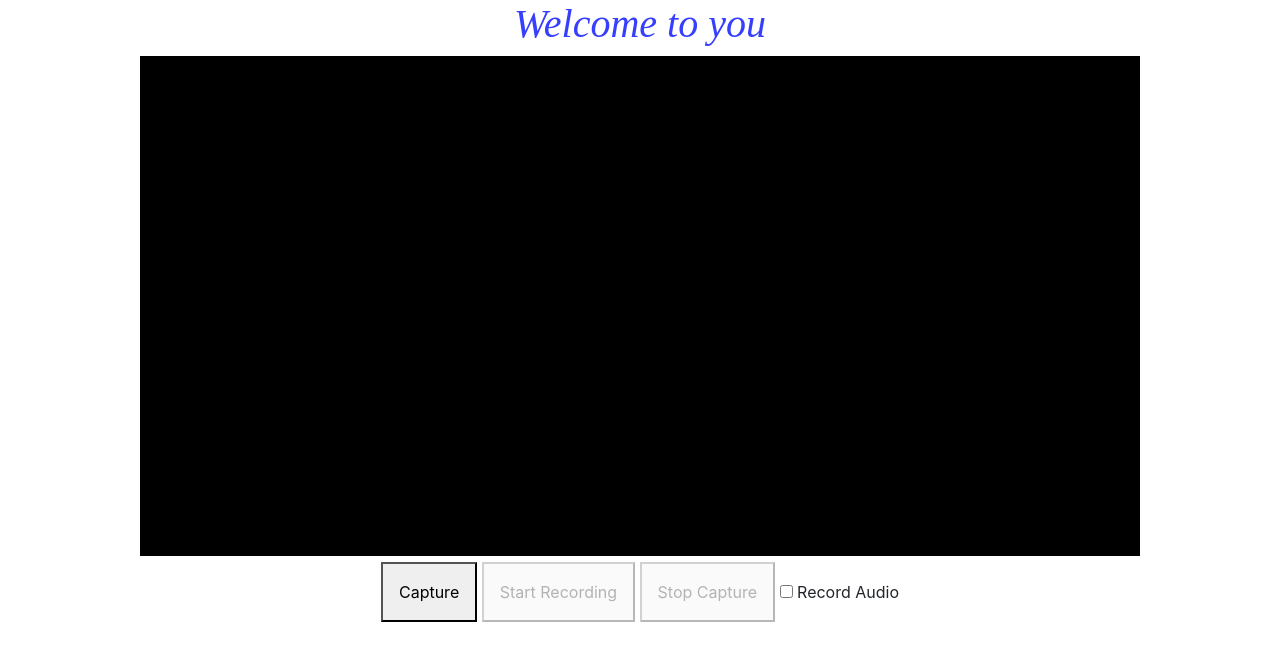
Repository: santiljanomalaj/recording_youtube
Page: index.html
An editor plug-in stored every save of this project. The page is shown before and after the next save, followed by the edit.
The browser window is 1280 px wide. The pictures show the whole page.

Above is the page before, as saved 2020-04-29 18:25:54.

After the next save:
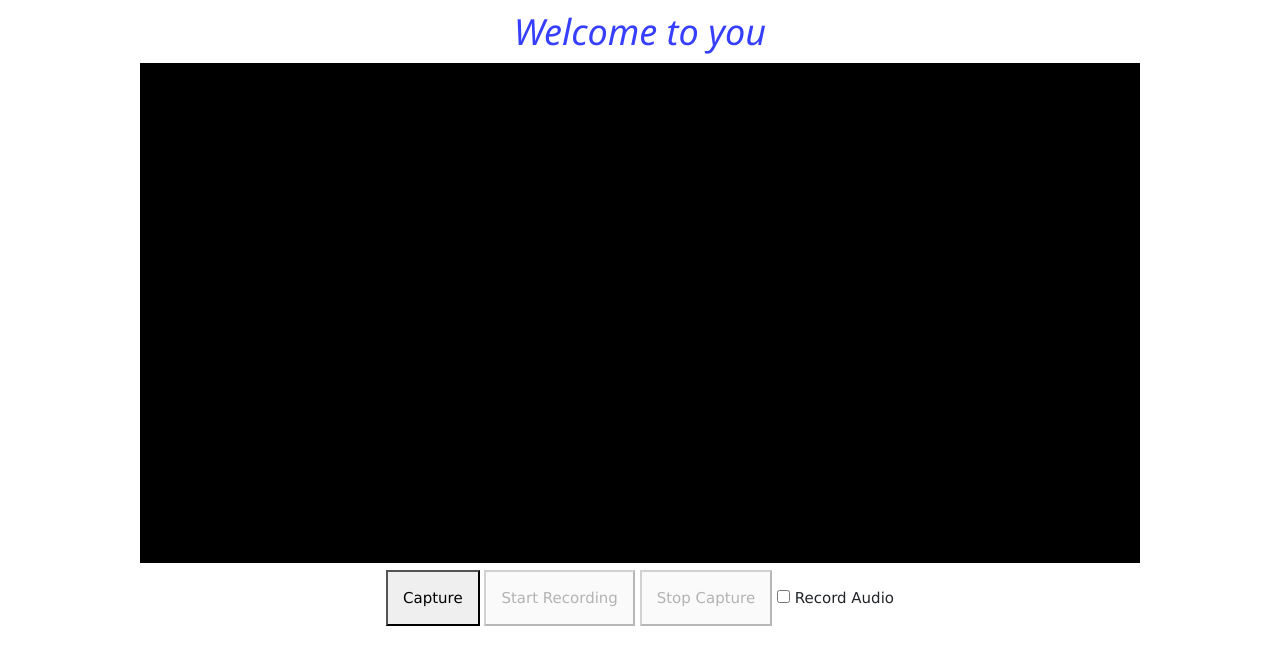
Saved 16 s later.
--- a/index.html
+++ b/index.html
@@ -11,6 +11,11 @@
       rel="stylesheet"
       href="https://maxcdn.bootstrapcdn.com/bootstrap/4.4.1/css/bootstrap.min.css"
     />
+    <link rel="stylesheet" href="https://www.w3schools.com/w3css/4/w3.css" />
+    <link
+      rel="stylesheet"
+      href="https://fonts.googleapis.com/css?family=Tangerine"
+    />
 
     <script>
       //   if (location.protocol !== "https:") location.protocol = "https:";
@@ -20,7 +25,7 @@
   <body>
     <center>
       <div class="w3-container w3-tangerine">
-        <h1>Welcome to you</h1>
+        <h1 class="w3-xxlarge">Welcome to you</h1>
       </div>
       <p id="warning">
         Enable chrome://flags/#enable-experimental-web-platform-features
